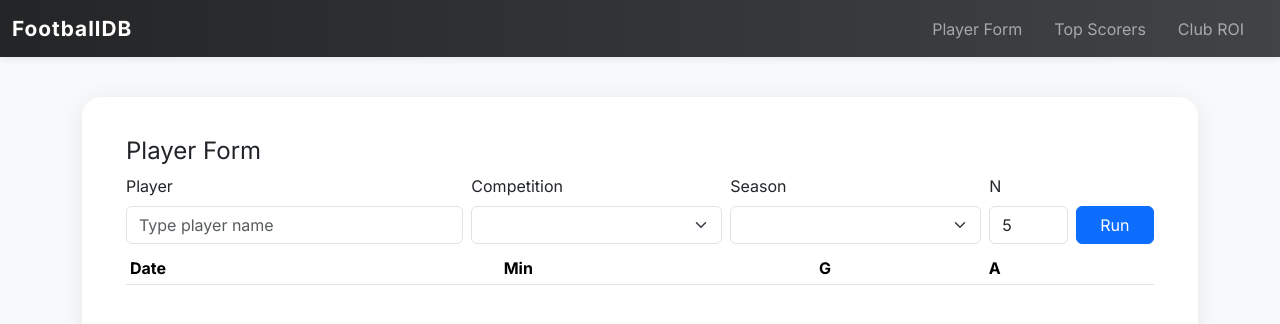
Repository: daniqusy/FootballDB
Page: http://localhost/player/form?player_id=${r.player_id}
These files come from the project's save history. The page is drawn as it stood at one moment and after the next save; the edit follows.
The browser window is 1280 px wide. The pictures show the whole page.
The page is served by the project's application, run on Flask 3 (app.py).

Above is the page before, as saved 2025-11-04 05:29:23.

### templates/player_form.html
{% extends "base.html" %}
{% block body %}
<div class="container">
  <h1 class="h4">Player Form</h1>
  <form id="pf" class="row g-2 align-items-end">
  <div class="col-12 col-md-4 position-relative">
    <label class="form-label">Player</label>
    <input class="form-control" id="player-name" placeholder="Type player name">
    <input type="hidden" id="player-id">
    <div id="player-suggest" class="list-group position-absolute w-100" style="z-index:1000;"></div>
  </div>

  <div class="col-12 col-md-3">
    <label class="form-label">Competition</label>
    <select class="form-select" id="competition"></select>
  </div>

  <div class="col-12 col-md-3">
    <label class="form-label">Season</label>
    <select class="form-select" id="season"></select>
  </div>

  <div class="col-6 col-md-1">
    <label class="form-label">N</label>
    <input class="form-control" id="n" type="number" min="1" max="20" value="5">
  </div>

  <div class="col-6 col-md-1">
    <button class="btn btn-primary w-100" id="run-btn">Run</button>
  </div>
</form>
<small id="pf-meta" class="text-muted d-block mt-2"></small>
<table class="table table-sm mt-2">
  <thead><tr><th>Date</th><th>Min</th><th>G</th><th>A</th></tr></thead>
  <tbody id="pf-tbody"></tbody>
</table>
</div>
<script>
const nameInput = document.getElementById('player-name');
const playerIdEl = document.getElementById('player-id');
const suggestBox = document.getElementById('player-suggest');
const compSel = document.getElementById('competition');
const seasonSel = document.getElementById('season');
const tbody = document.getElementById('pf-tbody');
const meta = document.getElementById('pf-meta');

let typingTimer;
nameInput.addEventListener('input', ()=>{
  clearTimeout(typingTimer);
  const q = nameInput.value.trim();
  if (!q) { suggestBox.innerHTML=''; return; }
  typingTimer = setTimeout(async ()=>{
    const r = await fetch('/api/players/search?q='+encodeURIComponent(q));
    const data = await r.json();
    suggestBox.innerHTML = '';
    data.rows.forEach(p=>{
      const a = document.createElement('a');
      a.href='#';
      a.className='list-group-item list-group-item-action';
      a.textContent = p.name + ' ('+p.player_id+')';
      a.onclick = async (e)=>{
        e.preventDefault();
        nameInput.value = p.name;
        playerIdEl.value = p.player_id;
        suggestBox.innerHTML = '';
        await loadCompetitions(p.player_id);
      };
      suggestBox.appendChild(a);
    });
  }, 200);
});

// Load competitions once player selected
async function loadCompetitions(pid){
  const res = await fetch(`/api/players/${pid}/competitions`);
  const data = await res.json();
  compSel.innerHTML = '';
  data.rows.forEach(r=>{
    const opt = document.createElement('option');
    opt.value = r.competition_id;
    opt.textContent = r.competition_name || r.competition_id;
    compSel.appendChild(opt);
  });
  if (compSel.value) await loadSeasons(pid, compSel.value);
}

compSel.addEventListener('change', async ()=>{
  const pid = playerIdEl.value;
  if (pid && compSel.value) await loadSeasons(pid, compSel.value);
});

async function loadSeasons(pid, comp){
  const res = await fetch(`/api/players/${pid}/seasons?competition_id=${encodeURIComponent(comp)}`);
  const data = await res.json();
  seasonSel.innerHTML = '';
  data.rows.forEach(r=>{
    const opt = document.createElement('option');
    opt.value = r.season;
    opt.textContent = r.season;
    seasonSel.appendChild(opt);
  });
}

// Run query
document.getElementById('run-btn').addEventListener('click', async (e)=>{
  e.preventDefault();
  const pid = playerIdEl.value;
  const comp = compSel.value;
  const season = seasonSel.value;
  const n = document.getElementById('n').value || 5;
  if (!pid || !comp || !season) return;

  const qs = new URLSearchParams({ player_id: pid, competition_id: comp, season, n }).toString();
  const res = await fetch('/api/player/form?'+qs);
  const data = await res.json();
  meta.textContent = `Query time: ${data.ms} ms`;
  tbody.innerHTML='';
  data.rows.forEach(r=>{
    const tr=document.createElement('tr');
    tr.innerHTML = `<td>${r.date||''}</td><td>${r.minutes_played}</td><td>${r.goals}</td><td>${r.assists}</td>`;
    tbody.appendChild(tr);
  });
});
</script>
{% endblock %}

### templates/base.html
<!doctype html>
<html lang="en">
<head>
  <meta charset="utf-8"><meta name="viewport" content="width=device-width, initial-scale=1">
  <title>Football Analytics</title>
  <link href="https://fonts.googleapis.com/css2?family=Inter:wght@400;600;700&display=swap" rel="stylesheet">
  <link href="https://cdn.jsdelivr.net/npm/bootstrap@5.3.2/dist/css/bootstrap.min.css" rel="stylesheet">
  <link href="{{ url_for('static', filename='styles.css') }}" rel="stylesheet">
  <style>
    body { font-family: 'Inter', Arial, sans-serif; background: #f3f4f6; }
    .navbar {
      background: linear-gradient(90deg, #232526 0%, #414345 100%) !important;
      box-shadow: 0 2px 8px rgba(0,0,0,0.08);
    }
    .navbar-brand {
      font-weight: 700;
      letter-spacing: 1px;
      font-size: 1.3rem;
    }
    .navbar-nav .nav-link {
      font-weight: 500;
      margin-right: 1rem;
      transition: color 0.2s;
    }
    .navbar-nav .nav-link:hover {
      color: #ffd700 !important;
    }
    .main-card {
      background: #fff;
      border-radius: 1.2rem;
      box-shadow: 0 4px 24px rgba(0,0,0,0.08);
      padding: 2.5rem 2rem;
      margin-top: 2.5rem;
      margin-bottom: 2.5rem;
    }
    .welcome-title {
      font-size: 2.1rem;
      font-weight: 700;
      color: #232526;
      margin-bottom: 1rem;
    }
    .welcome-desc {
      font-size: 1.15rem;
      color: #555;
      margin-bottom: 0.5rem;
    }
  </style>
</head>
<body class="bg-light">
<nav class="navbar navbar-expand-lg navbar-dark bg-dark mb-3">
  <div class="container-fluid">
    <a class="navbar-brand" href="/">FootballDB</a>
    <div class="navbar-nav">
      <a class="nav-link" href="/player/form">Player Form</a>
      <a class="nav-link" href="/top-scorers">Top Scorers</a>
      <a class="nav-link" href="/club/roi">Club ROI</a>
    </div>
  </div>
</nav>
<div class="container">
  <div class="main-card mx-auto">
    {% block body %}
    <div class="text-center">
      <div class="welcome-title">Welcome to Football Analytics</div>
      <div class="welcome-desc">Explore player stats, top scorers, and club ROI. Select a page from the navbar to get started.</div>
    </div>
    {% endblock %}
  </div>
</div>
</body>
</html>

### app.py
import os, time
from flask import Flask, render_template, request, jsonify
from dotenv import load_dotenv
import pymysql

load_dotenv()
app = Flask(__name__)

conn_args = dict(
    host=os.getenv("DB_HOST","127.0.0.1"),
    user=os.getenv("DB_USER",""),
    password=os.getenv("DB_PASS",""),
    database=os.getenv("DB_NAME",""),
    cursorclass=pymysql.cursors.DictCursor,
    autocommit=True
)

def run_sql(sql, params=()):
    t0 = time.perf_counter()
    with pymysql.connect(**conn_args) as conn:
        with conn.cursor() as cur:
            cur.execute(sql, params)
            rows = cur.fetchall()
    ms = round((time.perf_counter() - t0) * 1000.0, 2)
    return rows, ms

@app.route("/")
def index():
    return render_template("index.html")

# Player Form over N
@app.route("/player/form")
def player_form_page():
    return render_template("player_form.html")

@app.get("/api/player/form")
def api_player_form():
    player_id = int(request.args.get("player_id"))
    comp = request.args.get("competition_id")
    season = request.args.get("season")
    n = int(request.args.get("n", 5))
    sql = """
      SELECT a.game_id, g.date, a.minutes_played, a.goals, a.assists
      FROM appearance a JOIN game g ON g.game_id=a.game_id
      WHERE a.player_id=%s AND g.competition_id=%s AND g.season=%s
      ORDER BY g.date DESC LIMIT %s
    """
    rows, ms = run_sql(sql, (player_id, comp, season, n))
    return jsonify(dict(ms=ms, rows=rows))

# Top scorers by league-season with pagination
@app.route("/top-scorers")
def top_scorers_page():
    return render_template("top_scorers.html")

@app.get("/api/top-scorers")
def api_top_scorers():
    comp = request.args.get("competition_id")
    season = request.args.get("season")
    page = max(int(request.args.get("page", 1)), 1)
    page_size = min(max(int(request.args.get("page_size", 20)), 1), 100)
    offset = (page - 1) * page_size
    sql = """
      SELECT a.player_id, p.name as player_name, pb.image_url, SUM(a.goals) AS goals
      FROM appearance a
      JOIN game g ON g.game_id=a.game_id
      JOIN player p ON p.player_id=a.player_id
      JOIN player_bio pb ON pb.player_id=a.player_id
      WHERE g.competition_id=%s AND g.season=%s
      GROUP BY a.player_id, p.name, pb.image_url
      ORDER BY goals DESC
      LIMIT %s OFFSET %s
    """
    rows, ms = run_sql(sql, (comp, season, page_size, offset))
    return jsonify(dict(ms=ms, rows=rows, page=page, page_size=page_size))

# Club transfer ROI view
@app.route("/club/roi")
def club_roi_page():
    return render_template("club_roi.html")

# Clubs list
@app.get("/api/clubs")
def api_clubs():
    sql = "SELECT club_id, name FROM club ORDER BY name"
    rows, ms = run_sql(sql)
    return jsonify(dict(ms=ms, rows=rows))

# Seasons a club bought players
@app.get("/api/clubs/<int:club_id>/seasons")
def api_club_seasons(club_id):
    sql = """
      SELECT DISTINCT transfer_season AS season
      FROM transfer
      WHERE to_club_id=%s
      ORDER BY season DESC
    """
    rows, ms = run_sql(sql, (club_id,))
    return jsonify(dict(ms=ms, rows=rows))

# Club search
@app.get("/api/clubs/search")
def api_clubs_search():
    q = request.args.get("q","").strip()
    sql = """
      SELECT club_id, name
      FROM club
      WHERE name LIKE %s
      ORDER BY name
      LIMIT 20
    """
    rows, ms = run_sql(sql, (f"%{q}%",))
    return jsonify(dict(ms=ms, rows=rows))

# Club transfer ROI data
@app.get("/api/club/roi")
def api_club_roi():
    club_id = int(request.args.get("club_id"))
    season  = request.args.get("season")
    sort_by = request.args.get("sort_by","post_minutes")
    order   = "DESC" if request.args.get("order","desc").lower()=="desc" else "ASC"
    cols = {"post_minutes","post_goals","post_assists","minutes_per_eur","contrib_per_eur","transfer_fee","market_value_in_eur"}
    if sort_by not in cols: sort_by = "post_minutes"
    sql = f"""
      SELECT player_id, transfer_season, transfer_fee, market_value_in_eur,
             post_minutes, post_goals, post_assists,
             minutes_per_eur, contrib_per_eur
      FROM view_club_transfer_roi
      WHERE club_id=%s AND transfer_season=%s
      ORDER BY {sort_by} {order}
      LIMIT 200
    """
    rows, ms = run_sql(sql, (club_id, season))
    if rows:
        ids = tuple({r["player_id"] for r in rows})
        in_clause = ",".join(["%s"]*len(ids))
        psql = f"SELECT player_id, name FROM player WHERE player_id IN ({in_clause})"
        plist, _ = run_sql(psql, ids)
        name_map = {p["player_id"]: p["name"] for p in plist}
        for r in rows: r["player_name"] = name_map.get(r["player_id"])
    return jsonify(dict(ms=ms, rows=rows))

# Competitions list
@app.get("/api/competitions")
def api_competitions():
    sql = """
      SELECT DISTINCT c.competition_id, c.name AS competition_name
      FROM competition c
      ORDER BY c.name
    """
    rows, ms = run_sql(sql)
    return jsonify(dict(ms=ms, rows=rows))

# Matches by date
@app.get("/api/matches/by-date")
def api_matches_by_date():
    sel_date = request.args.get("date")
    sql = """
      SELECT
        g.competition_id                 AS league_id,
        g.game_id,
        g.home_club_id,  hc.name         AS home_name,
        g.away_club_id,  ac.name         AS away_name,
        g.home_club_goals, g.away_club_goals
      FROM game g
      JOIN club hc ON hc.club_id = g.home_club_id
      JOIN club ac ON ac.club_id = g.away_club_id
      WHERE g.date = %s
      ORDER BY g.competition_id, g.game_id
    """
    rows, ms = run_sql(sql, (sel_date,))
    return jsonify(dict(ms=ms, rows=rows, date=sel_date))

# Max match date
@app.get("/api/matches/max-date")
def api_matches_max_date():
    sql = "SELECT MAX(date) AS max_date FROM game"
    rows, ms = run_sql(sql)
    max_date = rows[0]['max_date'].strftime("%Y-%m-%d") if rows and rows[0]['max_date'] else None
    return jsonify(dict(ms=ms, max_date=max_date))


# Top market value players
@app.get("/api/players/top-market")
def api_top_market():
    limit_k  = min(max(int(request.args.get("k", 10)), 1), 50)
    sql = """
      SELECT p.player_id, p.name, p.market_value_eur, p.current_club_id
      FROM player p
      WHERE p.market_value_eur IS NOT NULL
      ORDER BY p.market_value_eur DESC
      LIMIT %s
    """
    rows, ms = run_sql(sql, (limit_k,))
    return jsonify(dict(ms=ms, rows=rows))

# Player search
@app.get("/api/players/search")
def api_players_search():
    q = request.args.get("q","").strip()
    sql = """
      SELECT player_id, name
      FROM player
      WHERE name LIKE %s
      ORDER BY name
      LIMIT 20
    """
    rows, ms = run_sql(sql, (f"%{q}%",))
    return jsonify(dict(ms=ms, rows=rows))

# Competitions for a player
@app.get("/api/players/<int:pid>/competitions")
def api_player_competitions(pid):
    sql = """
      SELECT DISTINCT g.competition_id, c.name AS competition_name
      FROM appearance a
      JOIN game g ON g.game_id = a.game_id
      JOIN competition c ON c.competition_id = g.competition_id
      WHERE a.player_id = %s
      ORDER BY g.competition_id
    """
    rows, ms = run_sql(sql, (pid,))
    return jsonify(dict(ms=ms, rows=rows))

# Seasons for a player in a competition
@app.get("/api/players/<int:pid>/seasons")
def api_player_seasons(pid):
    comp = request.args.get("competition_id")
    sql = """
      SELECT DISTINCT g.season
      FROM appearance a
      JOIN game g ON g.game_id = a.game_id
      WHERE a.player_id = %s AND g.competition_id = %s
      ORDER BY g.season DESC
    """
    rows, ms = run_sql(sql, (pid, comp))
    return jsonify(dict(ms=ms, rows=rows))

@app.route("/player/profile")
def player_profile_page():
    return render_template("player_profile.html")

# Player profile
@app.get("/api/player/<int:pid>/profile")
def api_player_profile(pid):
    sql = """
      SELECT p.player_id, p.name, p.position, p.sub_position,
             p.current_club_id, c.name AS current_club_name,
             p.market_value_eur, p.highest_market_value_eur,
             pb.image_url
      FROM player p
      LEFT JOIN club c ON c.club_id=p.current_club_id
      JOIN player_bio pb ON pb.player_id=p.player_id
      WHERE p.player_id=%s
    """
    rows, ms = run_sql(sql, (pid,))
    return jsonify(dict(ms=ms, row=rows[0] if rows else None))

# Player season summary
@app.get("/api/player/<int:pid>/season-summary")
def api_player_season_summary(pid):
    sql = """
      SELECT g.competition_id, g.season,
             COUNT(*) AS apps,
             SUM(a.minutes_played) AS minutes,
             SUM(a.goals) AS goals,
             SUM(a.assists) AS assists,
             SUM(a.yellow_cards) AS yellows,
             SUM(a.red_cards) AS reds
      FROM appearance a JOIN game g ON g.game_id=a.game_id
      WHERE a.player_id=%s
      GROUP BY g.competition_id, g.season
      ORDER BY g.season DESC, g.competition_id
    """
    rows, ms = run_sql(sql, (pid,))
    return jsonify(dict(ms=ms, rows=rows))

# Player matches
@app.get("/api/player/<int:pid>/matches")
def api_player_matches(pid):
    comp = request.args.get("competition_id")
    season = request.args.get("season")
    limit_n = int(request.args.get("n", 10))
    sql = """
      SELECT DATE_FORMAT(g.date, '%%Y-%%m-%%d') AS date_str, g.competition_id, g.season,
             a.minutes_played, a.goals, a.assists, a.yellow_cards, a.red_cards,
             g.home_club_id, hc.name AS home_name, ac.name AS away_name, g.away_club_id, g.home_club_goals, g.away_club_goals
      FROM appearance a
      JOIN game g ON g.game_id=a.game_id
      JOIN club hc ON hc.club_id=g.home_club_id
      JOIN club ac ON ac.club_id=g.away_club_id
      WHERE a.player_id=%s AND g.competition_id=%s AND g.season=%s
      ORDER BY g.date DESC
      LIMIT %s
    """
    rows, ms = run_sql(sql, (pid, comp, season, limit_n))
    return jsonify(dict(ms=ms, rows=rows))

# Player career transfers
@app.get("/api/player/<int:pid>/career")
def api_player_career(pid):
    sql = """
      SELECT t.transfer_date, t.transfer_season, t.from_club_id, fc.name AS from_club,
             t.to_club_id, tc.name AS to_club, t.transfer_fee, t.market_value_in_eur
      FROM transfer t
      LEFT JOIN club fc ON fc.club_id=t.from_club_id
      LEFT JOIN club tc ON tc.club_id=t.to_club_id
      WHERE t.player_id=%s AND t.transfer_fee IS NOT NULL
      ORDER BY t.transfer_date DESC
    """
    rows, ms = run_sql(sql, (pid,))
    return jsonify(dict(ms=ms, rows=rows))

if __name__ == "__main__":
    app.run(host="0.0.0.0", port=int(os.getenv("PORT", "8000")), debug=True)

### static/styles.css
.table td, .table th { vertical-align: middle; }

After the next save:
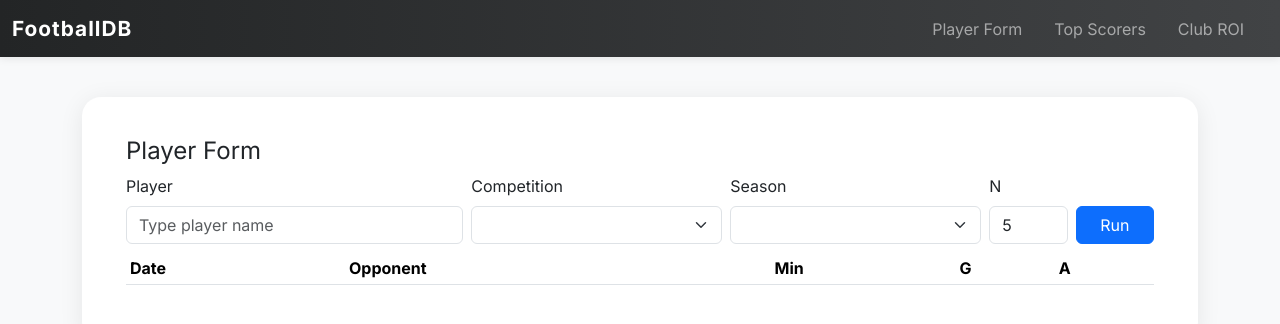
Saved 3 min 47 s later.
--- a/templates/player_form.html
+++ b/templates/player_form.html
@@ -31,7 +31,7 @@
 </form>
 <small id="pf-meta" class="text-muted d-block mt-2"></small>
 <table class="table table-sm mt-2">
-  <thead><tr><th>Date</th><th>Min</th><th>G</th><th>A</th></tr></thead>
+  <thead><tr><th>Date</th><th>Opponent</th><th>Min</th><th>G</th><th>A</th></tr></thead>
   <tbody id="pf-tbody"></tbody>
 </table>
 </div>
@@ -117,7 +117,21 @@ document.getElementById('run-btn').addEventListener('click', async (e)=>{
   tbody.innerHTML='';
   data.rows.forEach(r=>{
     const tr=document.createElement('tr');
-    tr.innerHTML = `<td>${r.date||''}</td><td>${r.minutes_played}</td><td>${r.goals}</td><td>${r.assists}</td>`;
+    // Determine opponent
+    let opponent = '';
+    if (r.home_club_id && r.away_club_id && r.player_club_id) {
+      if (r.player_club_id == r.home_club_id) {
+        opponent = r.away_name || r.away_club_id;
+      } else if (r.player_club_id == r.away_club_id) {
+        opponent = r.home_name || r.home_club_id;
+      } else {
+        opponent = '';
+      }
+    } else {
+      // fallback if not all info available
+      opponent = r.opponent_name || '';
+    }
+    tr.innerHTML = `<td>${r.date||''}</td><td>${opponent}</td><td>${r.minutes_played}</td><td>${r.goals}</td><td>${r.assists}</td>`;
     tbody.appendChild(tr);
   });
 });
